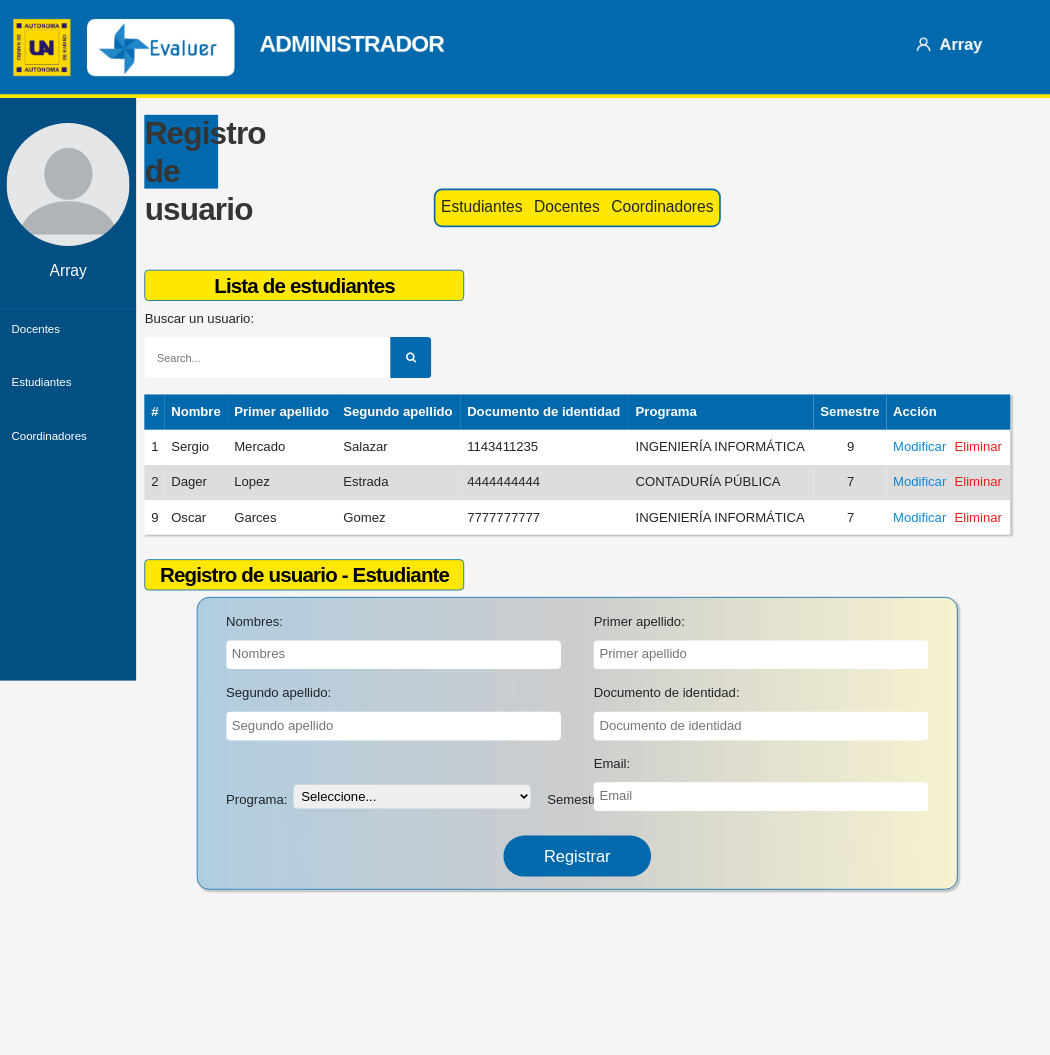
Repository: mercadosergio/Evaluer
Page: http://localhost/admin/index.php
These files come from the project's save history. The page is drawn as it stood at one moment and after the next save; the edit follows.
The browser window is 1280 px wide. The pictures show the whole page, at 82% of full size.
Some web fonts or font styles are not loaded; a fallback is used. Some web libraries are served in a nearby version. The page is run by PHP 8.4 with error messages shown; the project is at /var/www/html/. The session is filled in as if someone had signed in: {"usuario": {"id": 1, "nombre": "Juan", "email": "admin@gmail.com", "usuario": "admin_evaluer2021", "contraseña": "admin123456", "id_rol": 1, "foto": ""}}. The database holds what the project's SQL file puts in it.

Above is the page before, as saved 2022-03-30 16:25:19.
Console error: SyntaxError: Identifier 'linkDelete' has already been declared

After the next save:
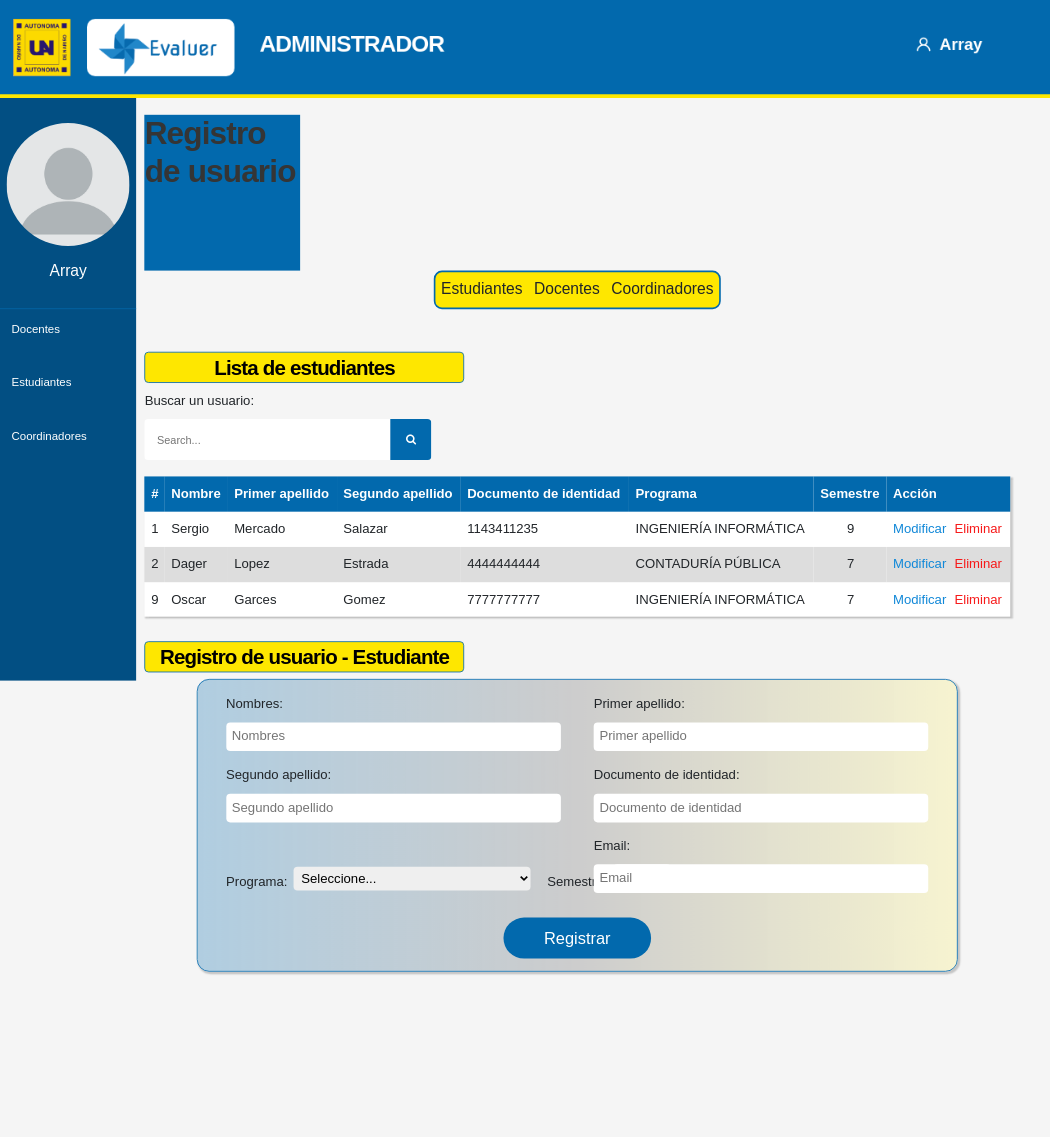
Saved 19 s later.
--- a/admin/css/admin.css
+++ b/admin/css/admin.css
@@ -510,8 +510,8 @@
 }
 
 .option_ad {
-    height: 90px;
-    width: 90px;
+    height: 190px;
+    width: 190px;
     background: var(--background-primario);
 }
 
